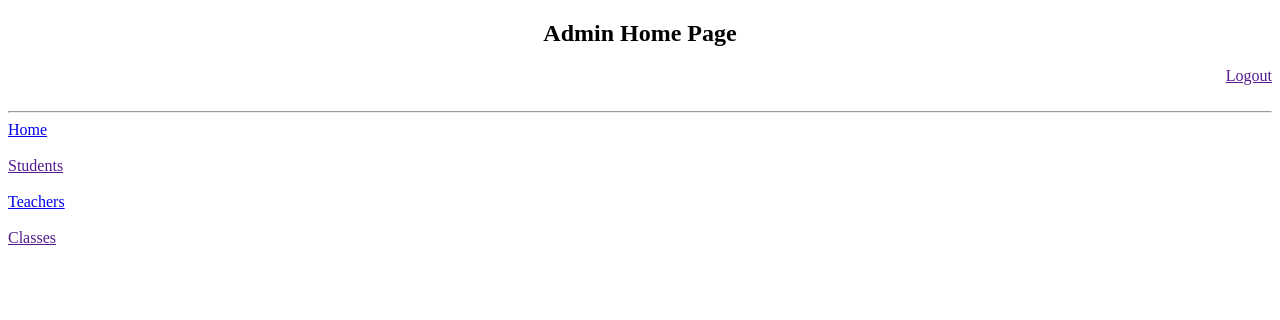
Repository: mdzeyan/JavaFSD-phase2-project
Page: Learners_Academy/src/main/webapp/AdminHome.html
The author's editor kept a copy of each file at every save. The page is drawn from the files as they stood at one save, then again after the next save.
The browser window is 1280 px wide. The pictures show the whole page.

Above is the page before, as saved 2022-03-28 13:25:18.

After the next save:
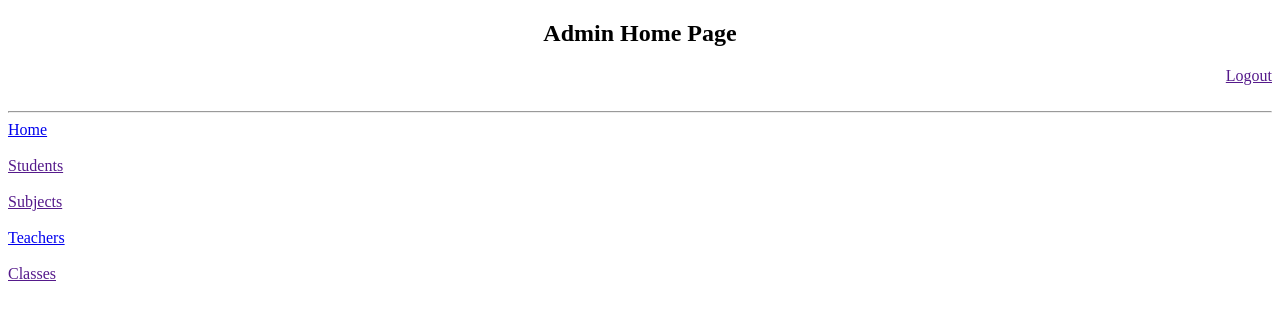
Saved 74 s later.
--- a/Learners_Academy/src/main/webapp/AdminHome.html
+++ b/Learners_Academy/src/main/webapp/AdminHome.html
@@ -14,6 +14,8 @@
 	<br><br>
 	<a href="">Students</a>
 	<br><br>
+	<a href="">Subjects</a>
+	<br><br>
 	<a href="ViewEmployee.html">Teachers</a>
 	<br><br>
 	<a href="">Classes</a>
